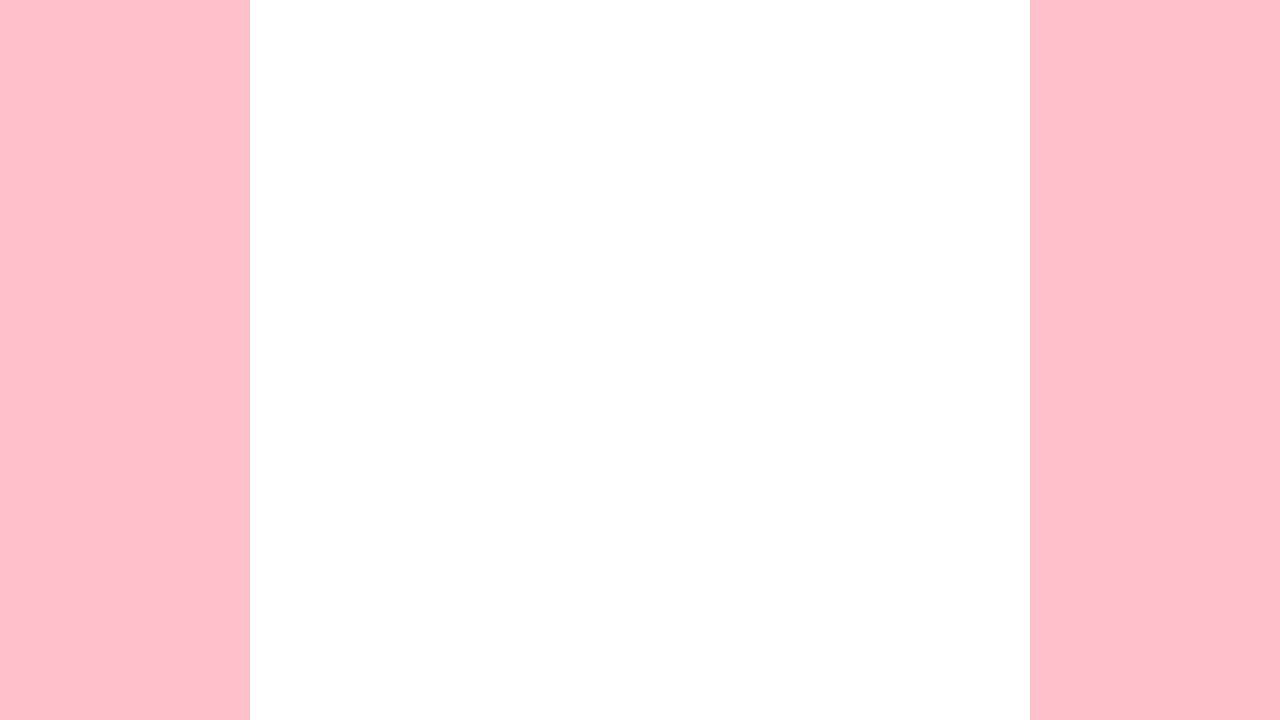
Repository: JJianZ/miao
Page: a.html
An editor plug-in stored every save of this project. The page is shown before and after the next save, followed by the edit.
The browser window is 1280 px wide. The pictures show the whole page.

Above is the page before, as saved 2021-11-23 10:22:41.

### a.html
<!DOCTYPE html>
<html lang="en">
<head>
  <meta charset="UTF-8">
  <meta http-equiv="X-UA-Compatible" content="IE=edge">
  <meta name="viewport" content="width=device-width, initial-scale=1.0">
  <title>Document</title>
  <style>
    html,body {
      margin: 0;
      padding: 0;
      height: 100%;
      box-shadow: inset 0 0 1px rbga(0,0,0,0.3);
    }

    div {
      width: 100%;
      height: 100%;
      position: relative;
    }
    aside {
      position: absolute;
      width: 250px;
      height: 100%;
      background-color: pink;
    }
    .scond {
      right: 250px;
    }
    .third {
      right: 0px;
    }
  </style>
</head>
<body>
  <div>
    <aside class="first"></aside>
    <main></main>
    <aside class="second"></aside>
    <aside class="third"></aside>
  </div>
</body>
</html>

After the next save:
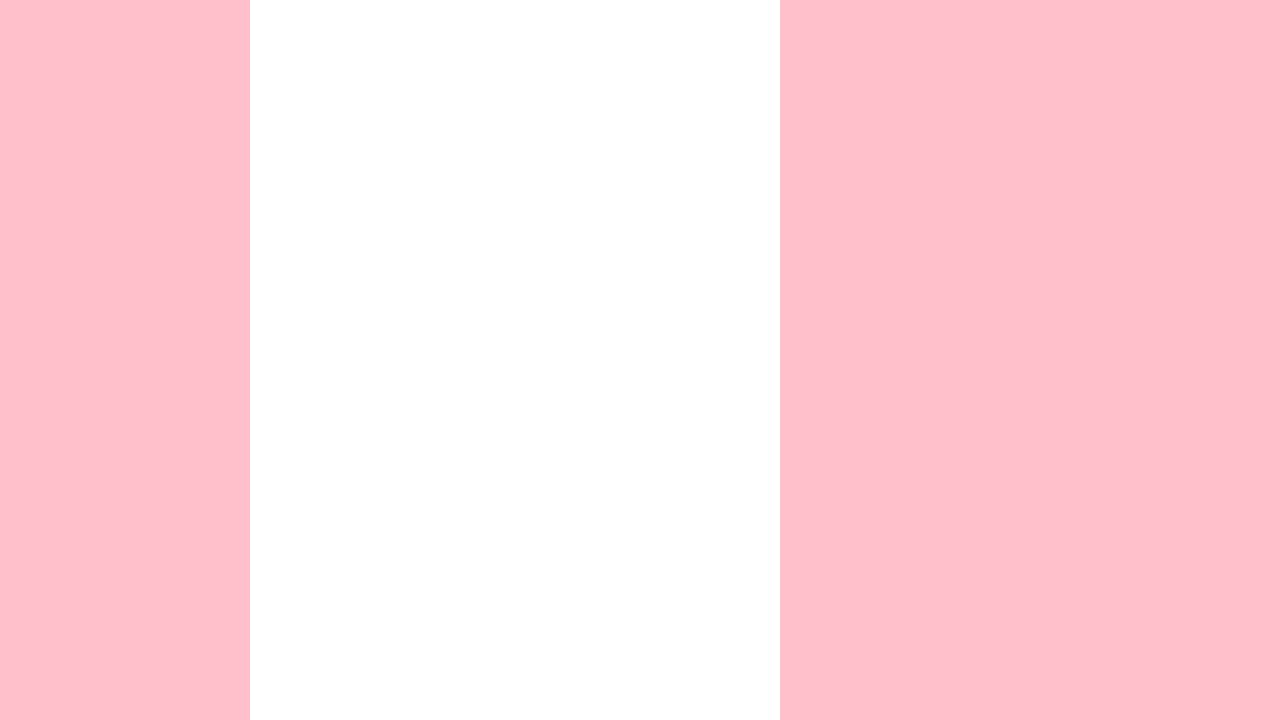
Saved 17 s later.
--- a/a.html
+++ b/a.html
@@ -24,7 +24,7 @@
       height: 100%;
       background-color: pink;
     }
-    .scond {
+    .second {
       right: 250px;
     }
     .third {
